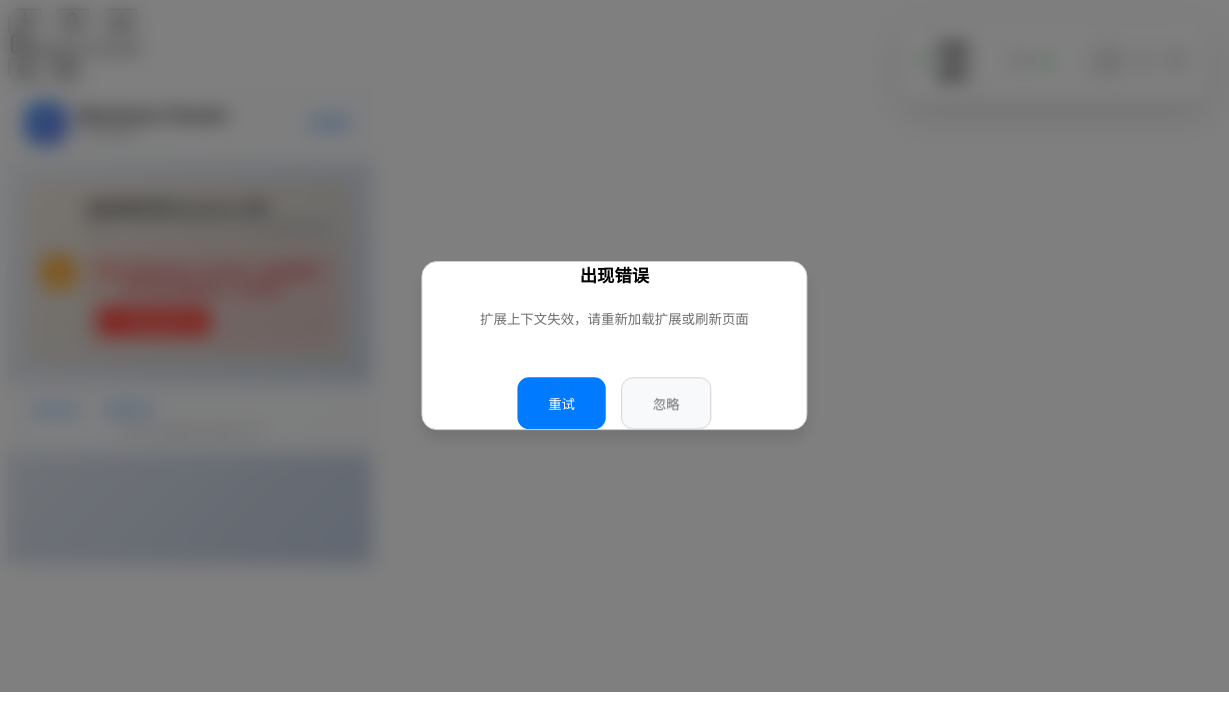
Repository: YaYII/Readmdvue
Page: /
An editor plug-in stored every save of this project. The page is shown before and after the next save, followed by the edit.
The browser window is 1280 px wide. The pictures show the whole page, at 96% of full size.
The project was rebuilt for these pictures with package versions that can differ from the ones it lists, and the page was loaded fresh each time. Also part of the build but not shown: vite.config.ts, src/utils/appleNotification.ts, src/utils/asyncChartRenderer.ts, src/utils/markdownRenderer.ts, src/components/SettingsPanel.vue, src/components/SearchPanel.vue, src/components/ExportDialog.vue.

Above is the page before, as saved 2025-07-10 15:00:43.

After the next save:
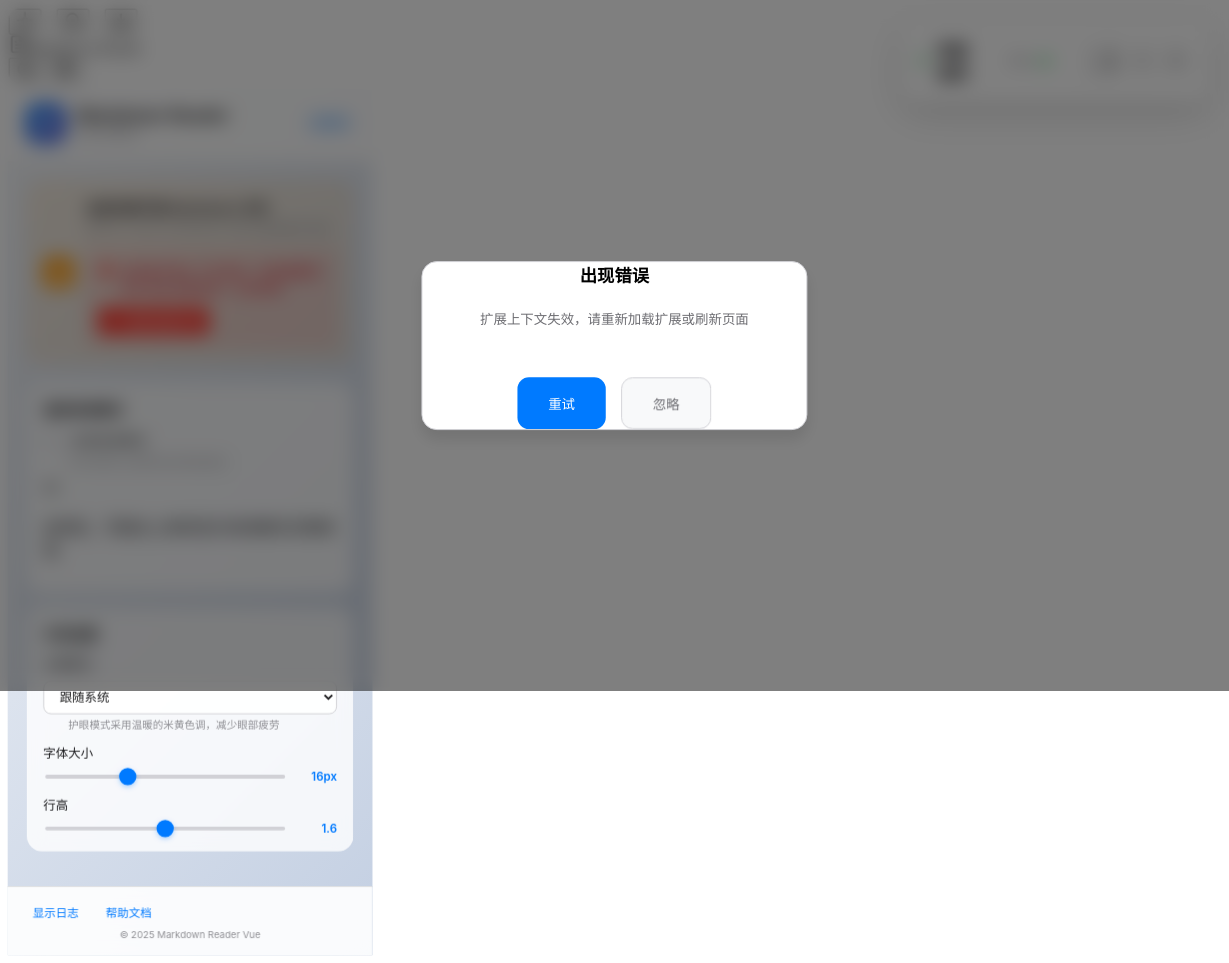
Saved 28 s later.
--- a/src/popup/App.vue
+++ b/src/popup/App.vue
@@ -47,8 +47,39 @@
     </section>
 
     <!-- 功能控制面板 -->
-    <section class="controls-section" v-if="pluginStore.state.isMarkdownFile">
-      <div class="control-group">
+    <section class="controls-section">
+      <!-- 通用阅读模式 -->
+      <div class="control-group" v-if="!pluginStore.state.isMarkdownFile">
+        <h4 class="group-title">通用阅读模式</h4>
+
+        <div class="control-item">
+          <label class="control-label">
+            <input
+              type="checkbox"
+              v-model="localConfig.enableUniversalReading"
+              @change="updateConfig"
+              class="control-checkbox"
+            >
+            <span class="checkbox-custom"></span>
+            <span class="label-text">启用阅读模式</span>
+          </label>
+          <p class="control-description">在任何网页上提供优化的阅读体验</p>
+        </div>
+
+        <div class="universal-reading-notice">
+          <div class="notice-content">
+            <svg width="16" height="16" viewBox="0 0 24 24" fill="none" stroke="currentColor" stroke-width="2">
+              <circle cx="12" cy="12" r="10"></circle>
+              <line x1="12" y1="8" x2="12" y2="12"></line>
+              <line x1="12" y1="16" x2="12.01" y2="16"></line>
+            </svg>
+            <p>启用后，页面右上角将显示阅读模式切换按钮</p>
+          </div>
+        </div>
+      </div>
+
+      <!-- Markdown 功能控制 -->
+      <div class="control-group" v-if="pluginStore.state.isMarkdownFile">
         <h4 class="group-title">渲染功能</h4>
 
         <div class="control-item">
